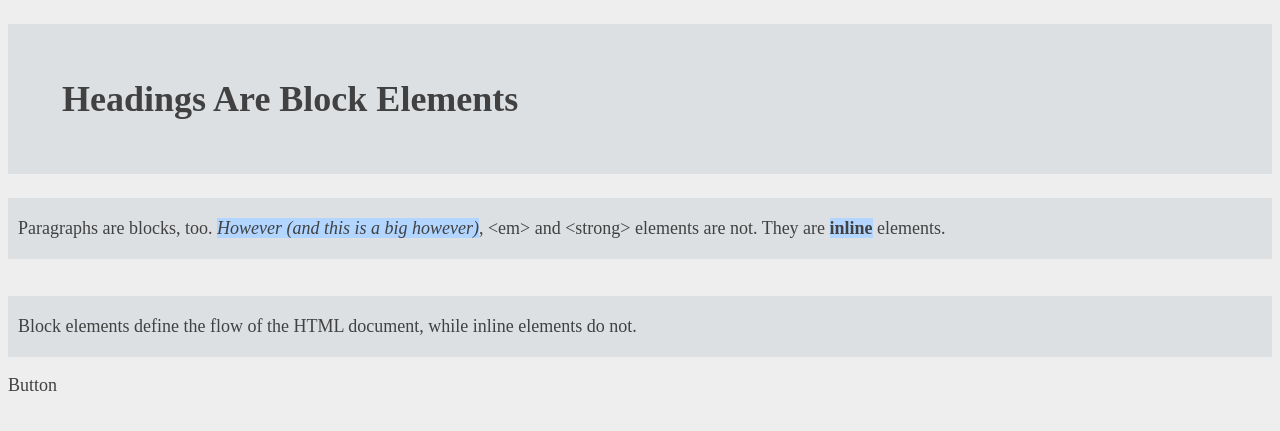
Repository: devinsheldon/CS-260
Page: CS260-F2022/environment/public_html/css-box-model/boxes.html
The author's editor kept a record of every edit. The page is drawn from the files as they stood at one moment, then again after the next edit.
The browser window is 1280 px wide. The pictures show the whole page.

Above is the page before.

After the next edit:
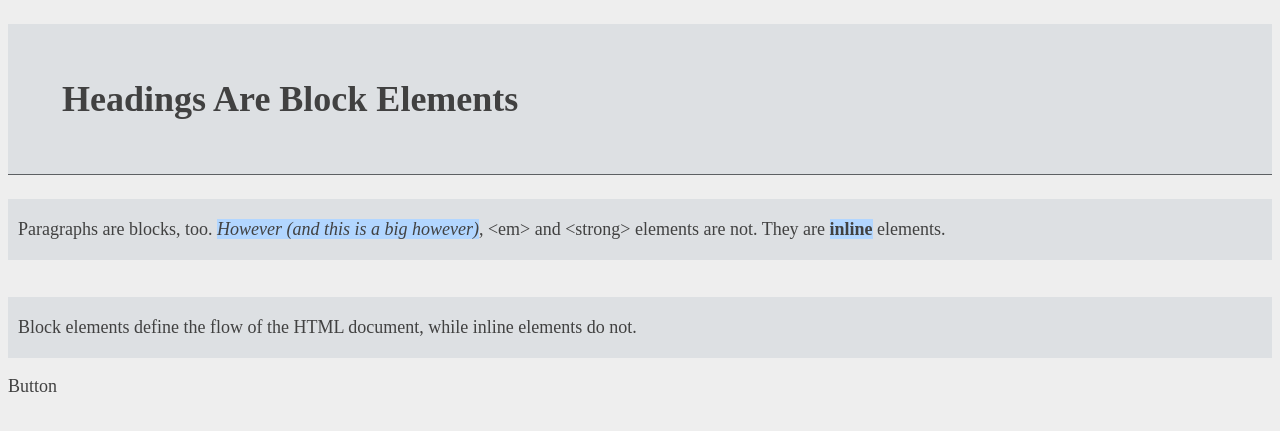
The edit:
--- a/CS260-F2022/environment/public_html/css-box-model/box-styles.css
+++ b/CS260-F2022/environment/public_html/css-box-model/box-styles.css
@@ -10,6 +10,8 @@
 
 h1 {
     padding: 1.5em;
+    /*border: 1px solid #5D6063;*/
+    border-bottom: 1px solid #5D6063;
 }
 
 p {
